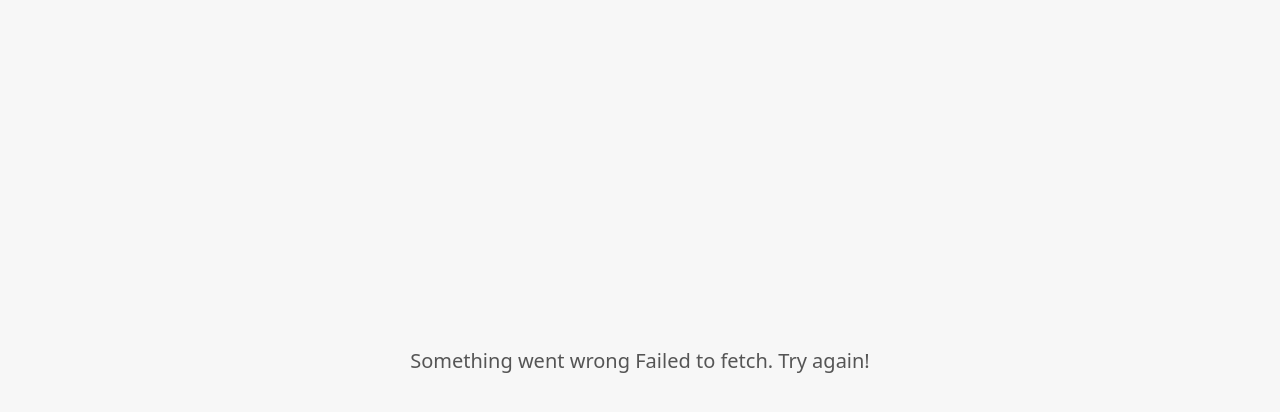
Repository: otvertka/jsc_16
Page: index.html
These files come from the project's save history. The page is drawn as it stood at one moment and after the next save; the edit follows.
The browser window is 1280 px wide. The pictures show the whole page.
The page's requests for data from a server got no answer.

Above is the page before, as saved 2023-03-12 12:57:05.

After the next save:
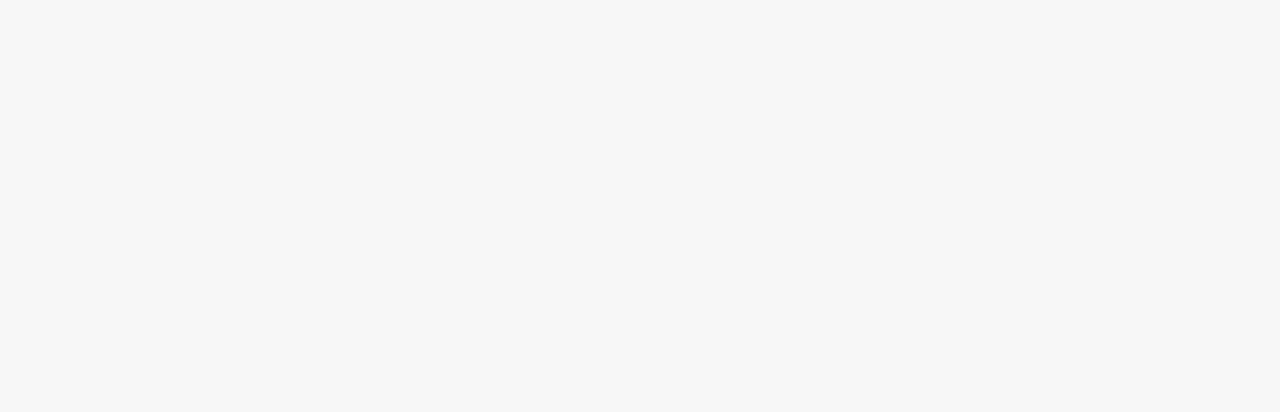
Saved 51 s later.
--- a/script.js
+++ b/script.js
@@ -97,12 +97,12 @@
       // Country 2
       return fetch(`https://restcountries.com/v3.1/alpha/${neighbour}`);
     })
-    .then(response => response.json())
-    .then(data => renderCountry(data, 'neighbour'))
-    .catch(err => {
-      console.log(`${err} 💥💥💥`);
-      renderError(`Something went wrong ${err.message}. Try again!`);
-    })
+    // .then(response => response.json())
+    // .then(data => renderCountry(data, 'neighbour'))
+    // .catch(err => {
+    //   console.log(`${err} 💥💥💥`);
+    //   renderError(`Something went wrong ${err.message}. Try again!`);
+    // })
     .finally(() => {
       countriesContainer.style.opacity = 1;
     });

After the 2 saves that followed:
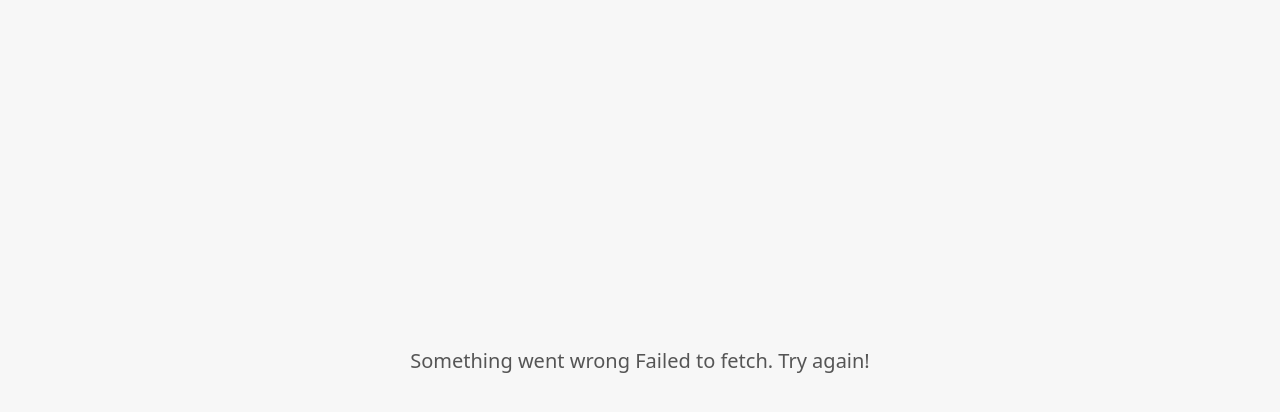
The 2 saves are shown as one change because 1 left the picture as it was.
The last was saved 112 s later.
--- a/script.js
+++ b/script.js
@@ -97,18 +97,18 @@
       // Country 2
       return fetch(`https://restcountries.com/v3.1/alpha/${neighbour}`);
     })
-    // .then(response => response.json())
-    // .then(data => renderCountry(data, 'neighbour'))
-    // .catch(err => {
-    //   console.log(`${err} 💥💥💥`);
-    //   renderError(`Something went wrong ${err.message}. Try again!`);
-    // })
+    .then(response => response.json())
+    .then(data => renderCountry(data, 'neighbour'))
+    .catch(err => {
+      console.log(`${err} 💥💥💥`);
+      renderError(`Something went wrong ${err.message}. Try again!`);
+    })
     .finally(() => {
       countriesContainer.style.opacity = 1;
     });
 };
 
-getCountryData('portugal');
+getCountryData('spain');
 // // const getCountryData = function (country) {
 // //   fetch(`https://restcountries.eu/rest/v2/name/${country}`)
 // //     .then(response => response.json())
